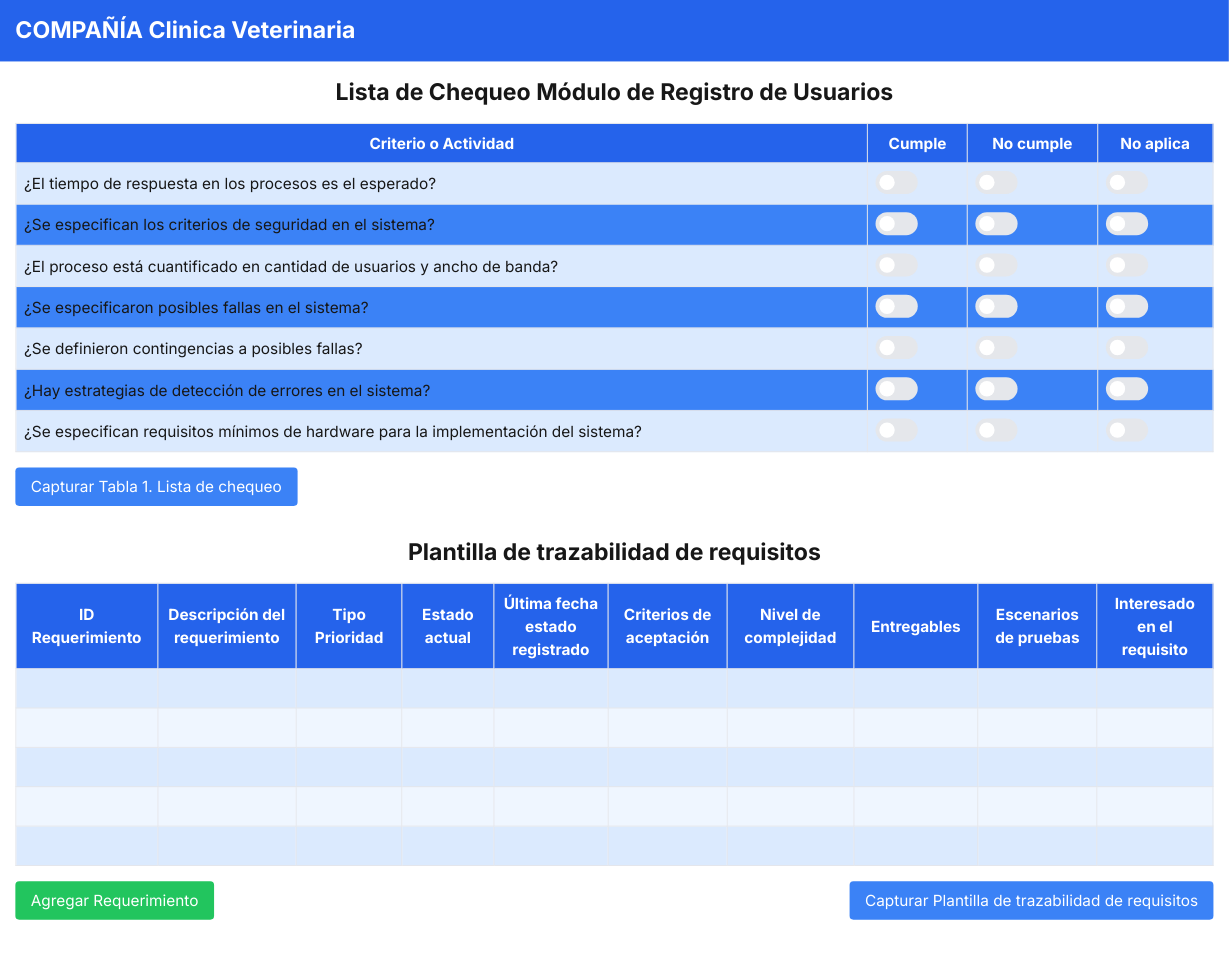
Repository: CiroAlfa/lista-de-Chequeo
Page: /
An editor plug-in stored every save of this project. The page is shown before and after the next save, followed by the edit.
The browser window is 1280 px wide. The pictures show the whole page, at 96% of full size.
The project was rebuilt for these pictures with package versions that can differ from the ones it lists, and the page was loaded fresh each time. The framework's server and built-in components were replaced by stand-ins that run in the browser. Also part of the build but not shown: next.config.mjs.

Above is the page before, as saved 2024-09-27 13:07:22.

### src/app/layout.tsx
import './globals.css'
import type { Metadata } from 'next'
import { Inter } from 'next/font/google'

const inter = Inter({ subsets: ['latin'] })

export const metadata: Metadata = {
  title: 'Checklist App - Clinica Veterinaria',
  description: 'Aplicación de chequeo y trazabilidad de requisitos',
}

export default function RootLayout({
  children,
}: {
  children: React.ReactNode
}) {
  return (
    <html lang="es">
      <body className={inter.className}>
        <header className="bg-blue-600 text-white p-4">
          <h1 className="text-2xl font-bold">COMPAÑÍA Clinica Veterinaria</h1>
        </header>
        {children}
      </body>
    </html>
  )
}

### src/app/page.tsx
'use client'

import { useState } from 'react'
import { Switch } from '@headlessui/react'
import html2canvas from 'html2canvas'

interface ChecklistItem {
  id: number
  criteria: string
  cumple: boolean
  noCumple: boolean
  noAplica: boolean
}

interface RequirementItem {
  id: string
  description: string
  priority: string
  status: string
  lastUpdated: string
  acceptanceCriteria: string
  complexity: string
  deliverables: string
  testScenarios: string
  stakeholder: string
}

const initialChecklist: ChecklistItem[] = [
  { id: 1, criteria: '¿El tiempo de respuesta en los procesos es el esperado?', cumple: false, noCumple: false, noAplica: false },
  { id: 2, criteria: '¿Se especifican los criterios de seguridad en el sistema?', cumple: false, noCumple: false, noAplica: false },
  { id: 3, criteria: '¿El proceso está cuantificado en cantidad de usuarios y ancho de banda?', cumple: false, noCumple: false, noAplica: false },
  { id: 4, criteria: '¿Se especificaron posibles fallas en el sistema?', cumple: false, noCumple: false, noAplica: false },
  { id: 5, criteria: '¿Se definieron contingencias a posibles fallas?', cumple: false, noCumple: false, noAplica: false },
  { id: 6, criteria: '¿Hay estrategias de detección de errores en el sistema?', cumple: false, noCumple: false, noAplica: false },
  { id: 7, criteria: '¿Se especifican requisitos mínimos de hardware para la implementación del sistema?', cumple: false, noCumple: false, noAplica: false },
]

const initialRequirements: RequirementItem[] = Array(5).fill(null).map((_, index) => ({
  id: ``,
  description: '',
  priority: '',
  status: '',
  lastUpdated: '',
  acceptanceCriteria: '',
  complexity: '',
  deliverables: '',
  testScenarios: '',
  stakeholder: '',
}))

export default function Home() {
  const [checklist, setChecklist] = useState<ChecklistItem[]>(initialChecklist)
  const [requirements, setRequirements] = useState<RequirementItem[]>(initialRequirements)

  const handleChecklistChange = (id: number, field: 'cumple' | 'noCumple' | 'noAplica') => {
    setChecklist(checklist.map(item => {
      if (item.id === id) {
        const newItem = { ...item, [field]: !item[field] }
        if (newItem[field]) {
          newItem.cumple = field === 'cumple'
          newItem.noCumple = field === 'noCumple'
          newItem.noAplica = field === 'noAplica'
        }
        return newItem
      }
      return item
    }))
  }

  const handleRequirementChange = (id: string, field: keyof RequirementItem, value: string) => {
    setRequirements(requirements.map(item =>
      item.id === id ? { ...item, [field]: value } : item
    ))
  }

  const addRequirement = () => {
    const newId = `REQ00${requirements.length + 1}`
    setRequirements([...requirements, {
      id: newId,
      description: '',
      priority: '',
      status: '',
      lastUpdated: '',
      acceptanceCriteria: '',
      complexity: '',
      deliverables: '',
      testScenarios: '',
      stakeholder: '',
    }])
  }

  const captureScreenshot = async (elementId: string, fileName: string) => {
    const element = document.getElementById(elementId)
    if (element) {
      const canvas = await html2canvas(element)
      const image = canvas.toDataURL('image/png')
      const link = document.createElement('a')
      link.href = image
      link.download = fileName
      link.click()
    }
  }

  return (
    <main className="container mx-auto p-4">
      <div className="mb-8" id="checklist-table">
        <h2 className="text-2xl font-bold mb-4 text-center">Lista de Chequeo Módulo de Registro de Usuarios</h2>
        <table className="w-full border-collapse">
          <thead>
            <tr className="bg-blue-600 text-white">
              <th className="border p-2">Criterio o Actividad</th>
              <th className="border p-2">Cumple</th>
              <th className="border p-2">No cumple</th>
              <th className="border p-2">No aplica</th>
            </tr>
          </thead>
          <tbody>
            {checklist.map((item, index) => (
              <tr key={item.id} className={index % 2 === 0 ? 'bg-blue-100' : 'bg-blue-500'}>
                <td className="border p-2">{item.criteria}</td>
                <td className="border p-2">
                  <Switch
                    checked={item.cumple}
                    onChange={() => handleChecklistChange(item.id, 'cumple')}
                    className={`${item.cumple ? 'bg-blue-600' : 'bg-gray-200'} relative inline-flex h-6 w-11 items-center rounded-full`}
                  >
                    <span className={`${item.cumple ? 'translate-x-6' : 'translate-x-1'} inline-block h-4 w-4 transform rounded-full bg-white transition`} />
                  </Switch>
                </td>
                <td className="border p-2">
                  <Switch
                    checked={item.noCumple}
                    onChange={() => handleChecklistChange(item.id, 'noCumple')}
                    className={`${item.noCumple ? 'bg-blue-600' : 'bg-gray-200'} relative inline-flex h-6 w-11 items-center rounded-full`}
                  >
                    <span className={`${item.noCumple ? 'translate-x-6' : 'translate-x-1'} inline-block h-4 w-4 transform rounded-full bg-white transition`} />
                  </Switch>
                </td>
                <td className="border p-2">
                  <Switch
                    checked={item.noAplica}
                    onChange={() => handleChecklistChange(item.id, 'noAplica')}
                    className={`${item.noAplica ? 'bg-blue-600' : 'bg-gray-200'} relative inline-flex h-6 w-11 items-center rounded-full`}
                  >
                    <span className={`${item.noAplica ? 'translate-x-6' : 'translate-x-1'} inline-block h-4 w-4 transform rounded-full bg-white transition`} />
                  </Switch>
                </td>
              </tr>
            ))}
          </tbody>
        </table>
        <button
          onClick={() => captureScreenshot('checklist-table', 'lista-de-chequeo.png')}
          className="mt-4 bg-blue-500 text-white px-4 py-2 rounded hover:bg-blue-600 transition-colors"
        >
          Capturar Tabla 1. Lista de chequeo
        </button>
      </div>

      <div className="mb-8" id="requirements-table">
        <h2 className="text-2xl font-bold mb-4 text-center">Plantilla de trazabilidad de requisitos</h2>
        <table className="w-full border-collapse">
          <thead>
            <tr className="bg-blue-600 text-white">
              <th className="border p-2">ID Requerimiento</th>
              <th className="border p-2">Descripción del requerimiento</th>
              <th className="border p-2">Tipo Prioridad</th>
              <th className="border p-2">Estado actual</th>
              <th className="border p-2">Última fecha estado registrado</th>
              <th className="border p-2">Criterios de aceptación</th>
              <th className="border p-2">Nivel de complejidad</th>
              <th className="border p-2">Entregables</th>
              <th className="border p-2">Escenarios de pruebas</th>
              <th className="border p-2">Interesado en el requisito</th>
            </tr>
          </thead>
          <tbody>
            {requirements.map((item, index) => (
              <tr key={index} className={index % 2 === 0 ? 'bg-blue-100' : 'bg-blue-50'}>
                <td className="border p-2">
                  <input
                    type="text"
                    value={item.id}
                    onChange={(e) => handleRequirementChange(item.id, 'id', e.target.value)}
                    className="w-full bg-transparent"
                  />
                </td>
                <td className="border p-2">
                  <input
                    type="text"
                    value={item.description}
                    onChange={(e) => handleRequirementChange(item.id, 'description', e.target.value)}
                    className="w-full bg-transparent"
                  />
                </td>
                <td className="border p-2">
                  <input
                    type="text"
                    value={item.priority}
                    onChange={(e) => handleRequirementChange(item.id, 'priority', e.target.value)}
                    className="w-full bg-transparent"
                  />
                </td>
                <td className="border p-2">
                  <input
                    type="text"
                    value={item.status}
                    onChange={(e) => handleRequirementChange(item.id, 'status', e.target.value)}
                    className="w-full bg-transparent"
                  />
                </td>
                <td className="border p-2">
                  <input
                    type="text"
                    value={item.lastUpdated}
                    onChange={(e) => handleRequirementChange(item.id, 'lastUpdated', e.target.value)}
                    className="w-full bg-transparent"
                  />
                </td>
                <td className="border p-2">
                  <input
                    type="text"
                    value={item.acceptanceCriteria}
                    onChange={(e) => handleRequirementChange(item.id, 'acceptanceCriteria', e.target.value)}
                    className="w-full bg-transparent"
                  />
                </td>
                <td className="border p-2">
                  <input
                    type="text"
                    value={item.complexity}
                    onChange={(e) => handleRequirementChange(item.id, 'complexity', e.target.value)}
                    className="w-full bg-transparent"
                  />
                </td>
                <td className="border p-2">
                  <input
                    type="text"
                    value={item.deliverables}
                    onChange={(e) => handleRequirementChange(item.id, 'deliverables', e.target.value)}
                    className="w-full bg-transparent"
                  />
                </td>
                <td className="border p-2">
                  <input
                    type="text"
                    value={item.testScenarios}
                    onChange={(e) => handleRequirementChange(item.id, 'testScenarios', e.target.value)}
                    className="w-full bg-transparent"
                  />
                </td>
                <td className="border p-2">
                  <input
                    type="text"
                    value={item.stakeholder}
                    onChange={(e) => handleRequirementChange(item.id, 'stakeholder', e.target.value)}
                    className="w-full bg-transparent"
                  />
                </td>
              </tr>
            ))}
          </tbody>
        </table>
        <div className="mt-4 flex justify-between">
          <button
            onClick={addRequirement}
            className="bg-green-500 text-white px-4 py-2 rounded hover:bg-green-600 transition-colors"
          >
            Agregar Requerimiento
          </button>
          <button
            onClick={() => captureScreenshot('requirements-table', 'plantilla-trazabilidad-requisitos.png')}
            className="bg-blue-500 text-white px-4 py-2 rounded hover:bg-blue-600 transition-colors"
          >
            Capturar Plantilla de trazabilidad de requisitos
          </button>
        </div>
      </div>
    </main>
  )
}

Loaded but not shown: src/app/globals.css (common file); tailwind.config.ts (common file)

After the next save:
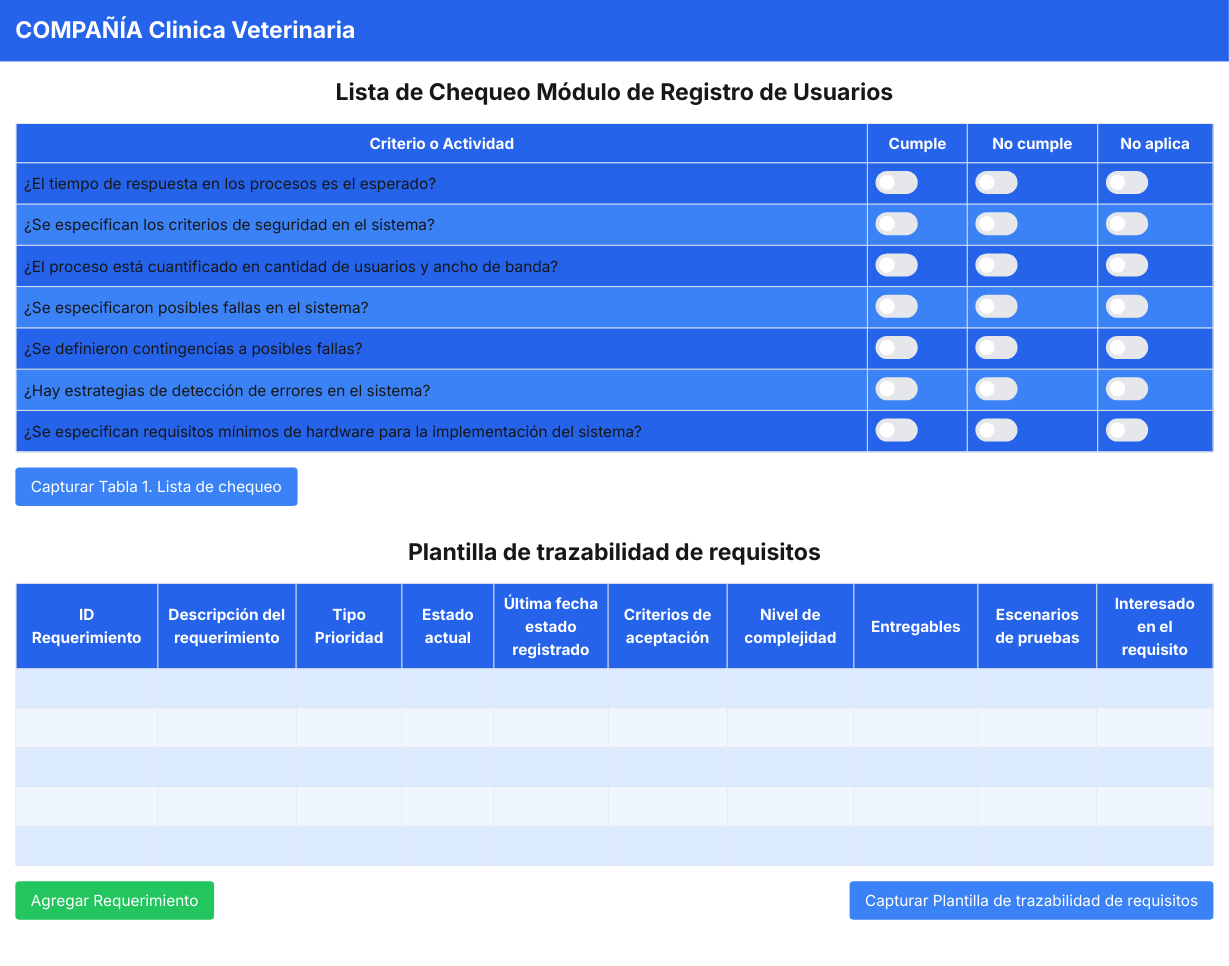
Saved 14 s later.
--- a/src/app/page.tsx
+++ b/src/app/page.tsx
@@ -116,7 +116,7 @@ export default function Home() {
           </thead>
           <tbody>
             {checklist.map((item, index) => (
-              <tr key={item.id} className={index % 2 === 0 ? 'bg-blue-100' : 'bg-blue-500'}>
+              <tr key={item.id} className={index % 2 === 0 ? 'bg-blue-600' : 'bg-blue-500'}>
                 <td className="border p-2">{item.criteria}</td>
                 <td className="border p-2">
                   <Switch
